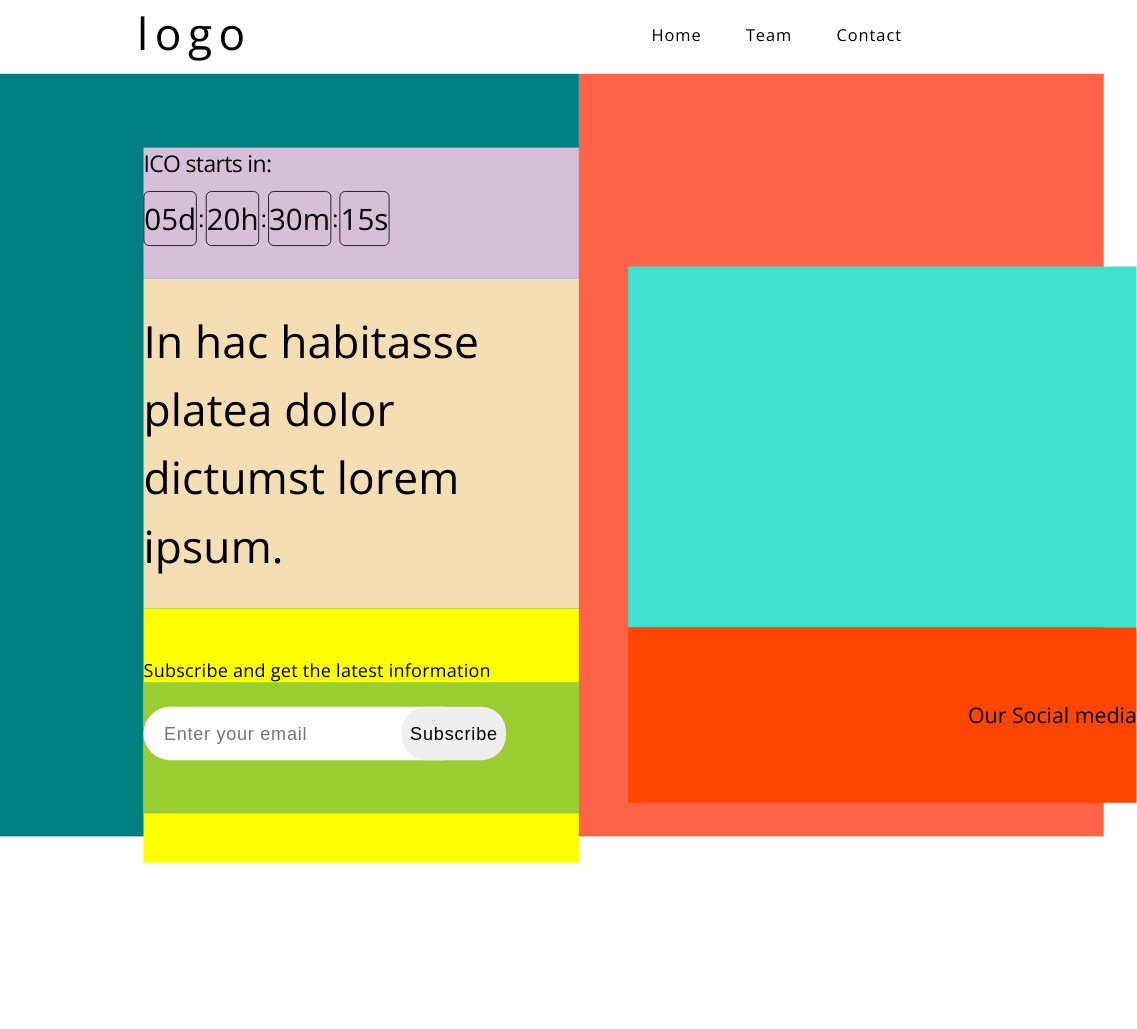
Repository: McGregorSt/newOne
Page: index.html
An editor plug-in stored every save of this project. The page is shown before and after the next save, followed by the edit.
The browser window is 1280 px wide. The page is 1386 px wide, so the pictures cover 1386 px, including what lies to the right of the window. The pictures show the whole page, at 82% of full size.

Above is the page before, as saved 2019-12-13 19:12:52.

After the next save:
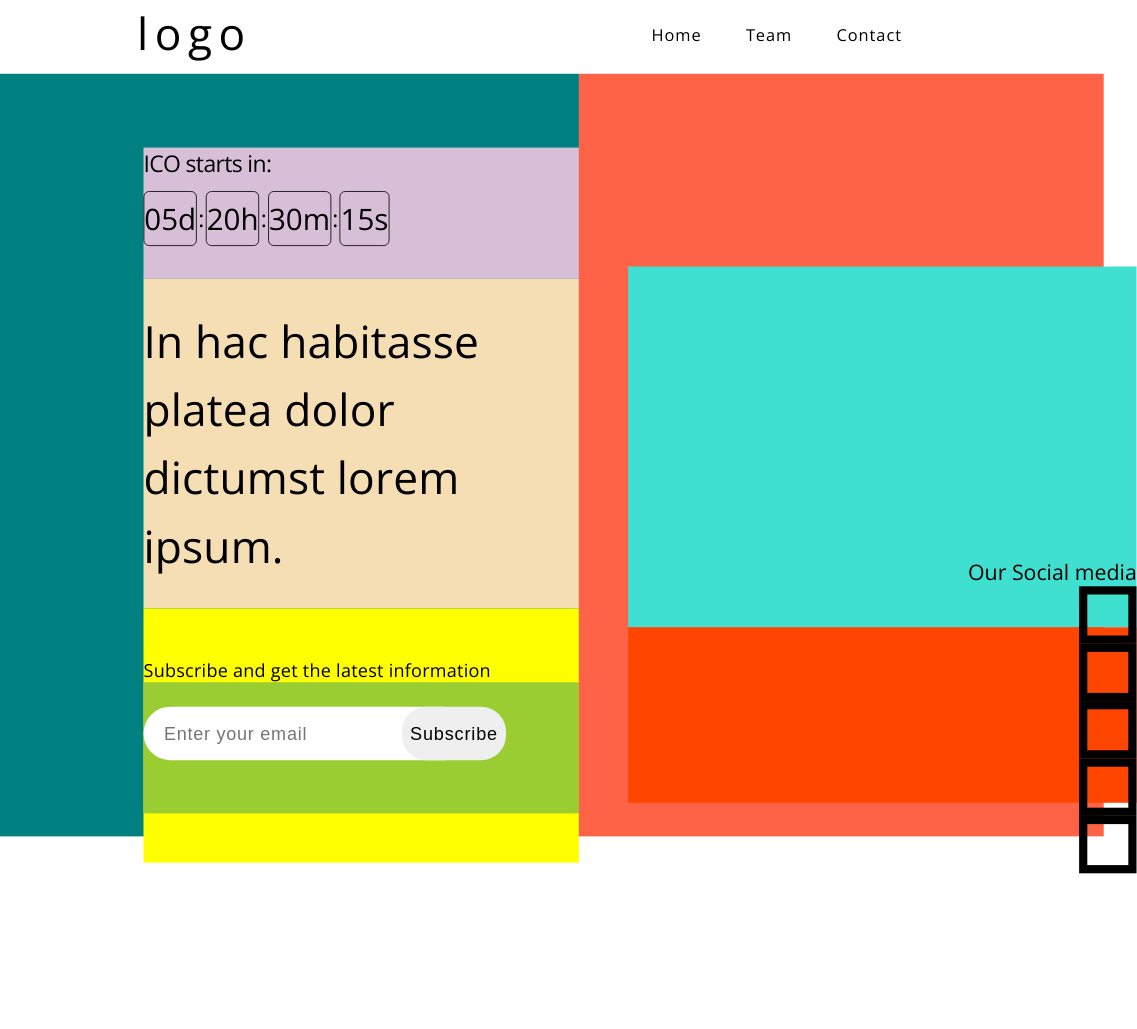
Saved 35 s later.
--- a/index.html
+++ b/index.html
@@ -46,7 +46,7 @@
           <div class="media__player"></div>
           <div class="media__social">
             <span class="media__social__header">Our Social media</span>
-            <div class="mmedia__social__items">
+            <div class="media__social__items">
               <div class="media__social__tt"></div>
               <div class="media__social__fb"></div>
               <div class="media__social__md"></div>
